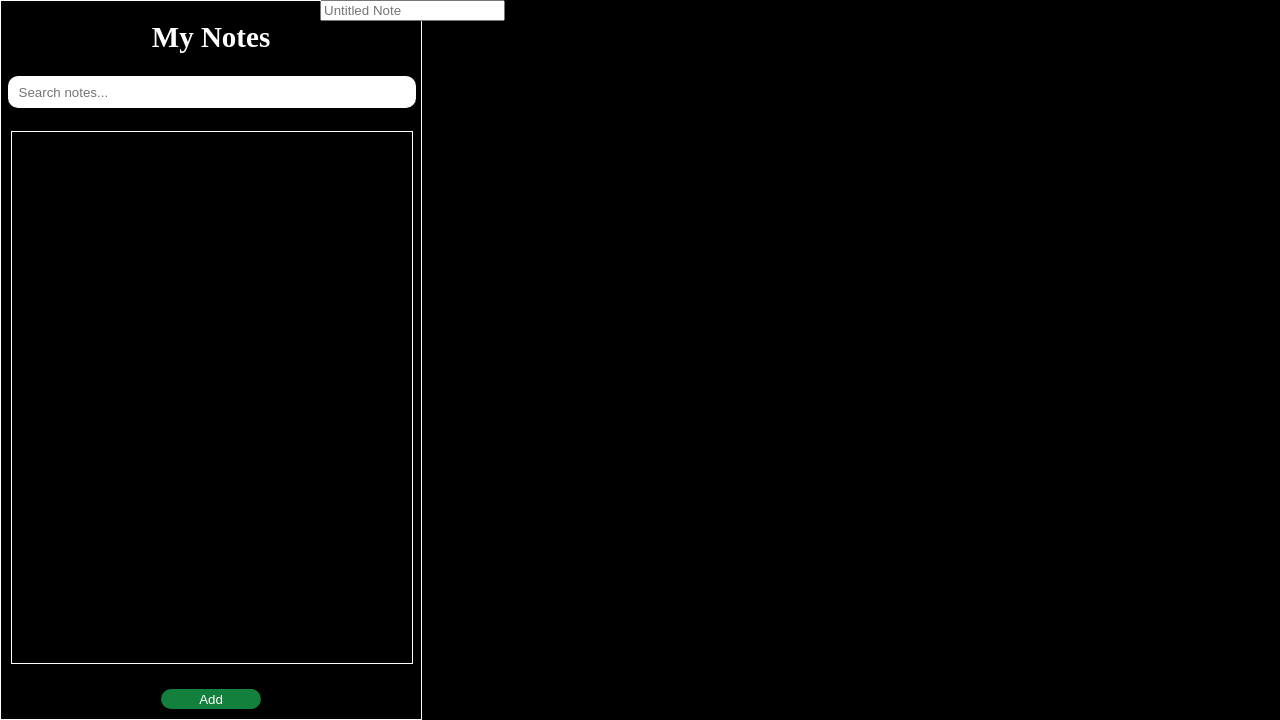
Repository: dmpelaez/myNotes
Page: QuickNotes.html
An editor plug-in stored every save of this project. The page is shown before and after a run of saves, followed by the edit.
The browser window is 1280 px wide. The pictures show the whole page.

Above is the page before, as saved 2025-12-18 21:02:39.

### QuickNotes.html
<!DOCTYPE html>

  <html>

    <head>

      <title>Quick Notes</title>

      <!--CSS LINK-->
      <link rel="stylesheet" href="QuickNotes.css">
    </head>
    <body>

      <!--Note section-->
      <aside class="aside-section">

        <!--My notes part-->
        <div class="myNotes">
          <p class="my-notes-text">My Notes</p>
        </div>
        <!--Search notes-->
        <div class="input-box">
          <input class="input" placeholder="Search notes...">
        </div>
        <!--Notes-->
        <div class="note-list"></div>
        <!--add button-->
        <button class="add-button">Add</button>

      </aside>

      <!---Typing section-->
      <main class="main-section">

        <!--Header-->
        <div class="header-section">

          <input class="title-notes" placeholder="Untitled Note">

        </div>

      </main>


    </body>

  </html>

### QuickNotes.css
body {
  margin: 0;
  padding: 0;
  background: black;
  box-sizing: border-box;
}
* {
  color: rgb(255, 255, 255);
}
.aside-section {
  border: 1px solid white;
  display: grid;
  width: 400px;
  position: fixed;
  bottom: 0;
  top: 0;
  grid-template-rows: 40px 30px 1fr 20px;
  padding: 10px;
  gap: 25px;

}

.my-notes-text {
  display: flex;
  margin: 0px;
  justify-self: center;
  align-self: center;
  margin-top: 10px;
}
.note-list {
  border: 1px solid white;
  width: 100%;
}

.my-notes-text {
  font-weight: bold;
  font-size: 29px;
}

.input {
  color: black;
  display: flex;
  align-self: center;
  justify-self: center;
  Width: 99%;
  height: 100%;
  border-radius: 10px;
  border: none;
  outline: none;
  padding-left: 10px;
  margin-left: 1px;
}
.input::placeholder {
  padding-left: 1px;

}

.add-button {
  width: 100px;
  display: flex;
  justify-self: center;
  background: rgb(19, 128, 61);
  border: none;
  border-radius: 10px;
  color: white;
  font-family: arial;
  align-items: center;
  justify-content: center;
  cursor: pointer;
}

.note-list {
  display: grid;
}

.main-section {
  position: fixed;
  left: 25%;
}

After the next 2 saves:
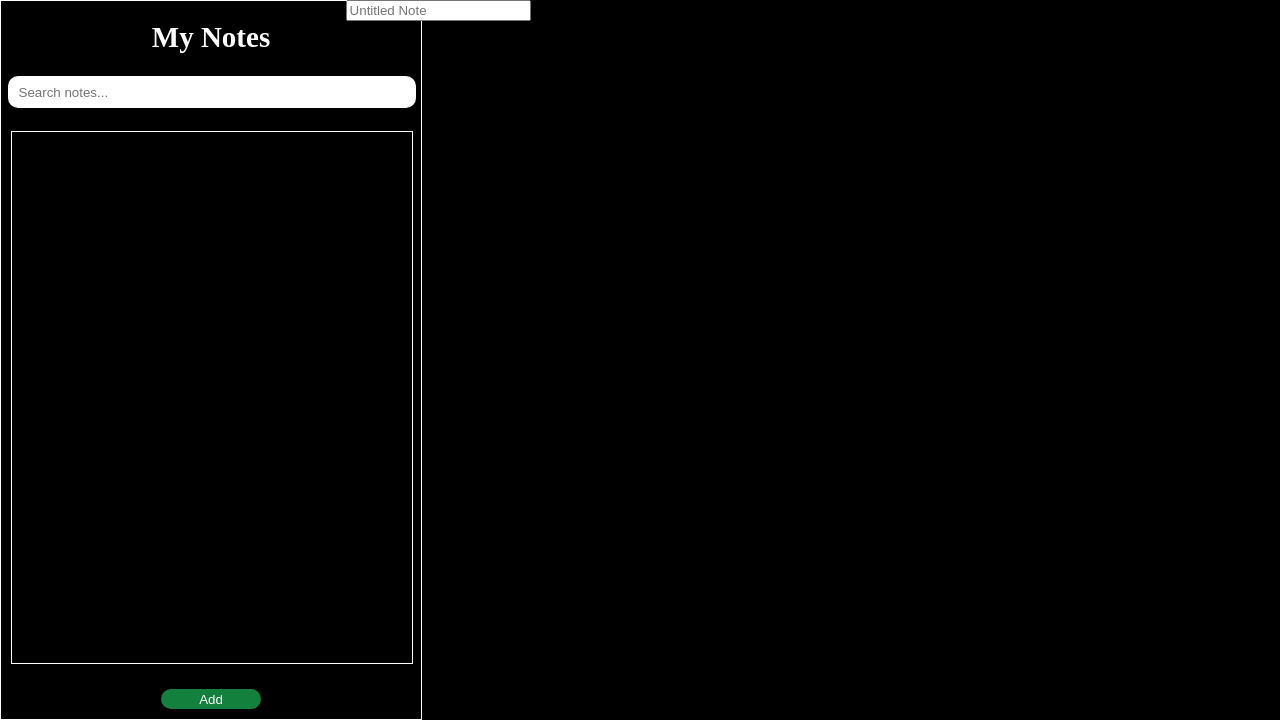
The 2 saves are shown as one change because they came seconds apart.
The last was saved 6 s later.
--- a/QuickNotes.css
+++ b/QuickNotes.css
@@ -75,5 +75,5 @@ body {
 
 .main-section {
   position: fixed;
-  left: 25%;
+  left: 27%;
 }
